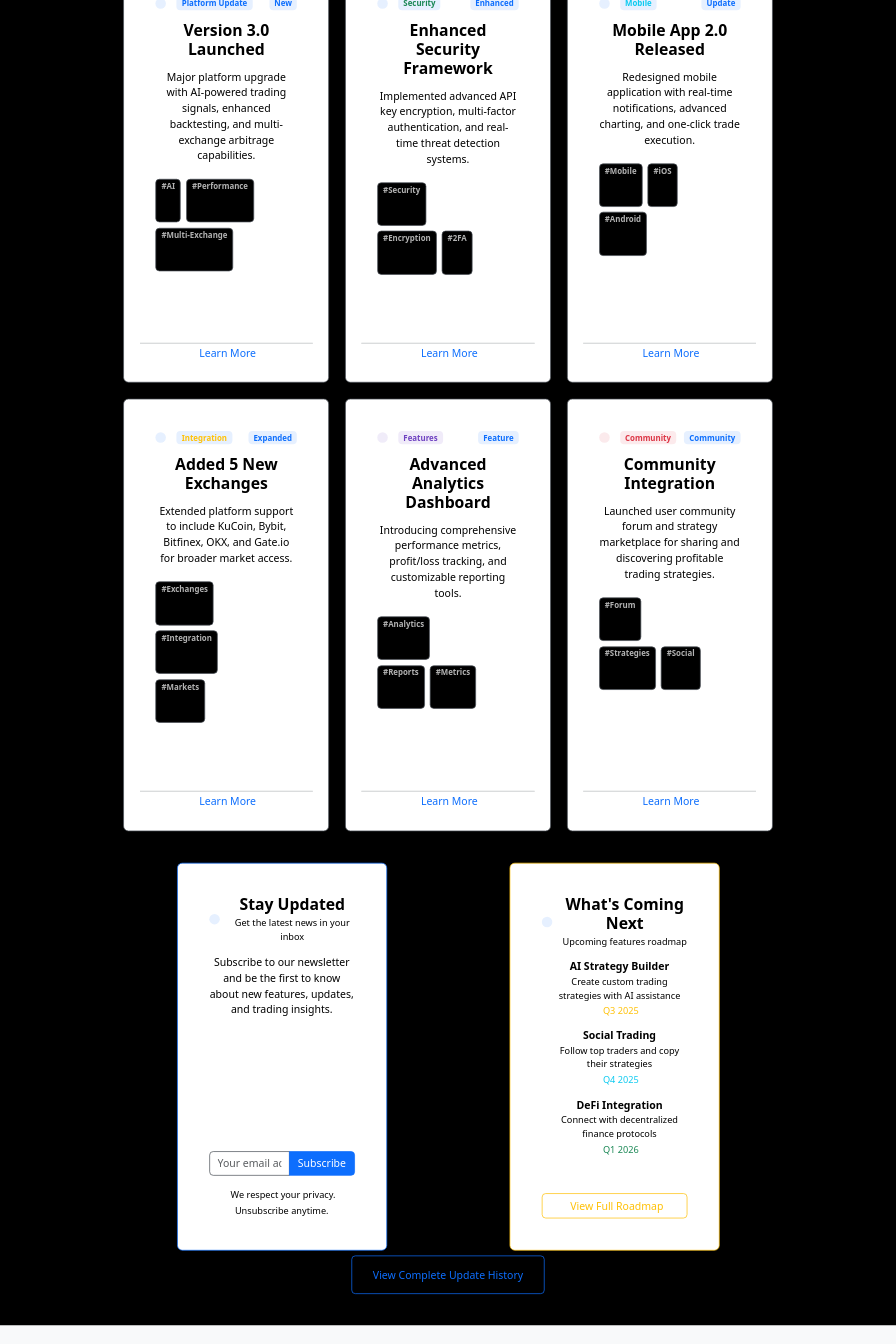
Repository: Kevin-Pro-Codes/halo-trading
Page: /
These files come from the project's save history. The page is drawn as it stood at one moment and after the next save; the edit follows.
The browser window is 1280 px wide. The pictures show the part of the page from y = 3631 to 5551 px (the page is 19810 px tall before and 19625 px after), at 70% of full size.
The page's requests for data from a server got no answer. The project was rebuilt for these pictures with package versions that can differ from the ones it lists, and the page was loaded fresh each time. Some packages were replaced by stand-ins written for this rebuild. No one was signed in, and anything a server would have sent is missing. Also part of the build but not shown: vite.config.js, src/styles/DocStyle.css, src/styles/PricingStyle.css.

Above is the page before, as saved 2025-12-09 19:14:00.

After the next save:
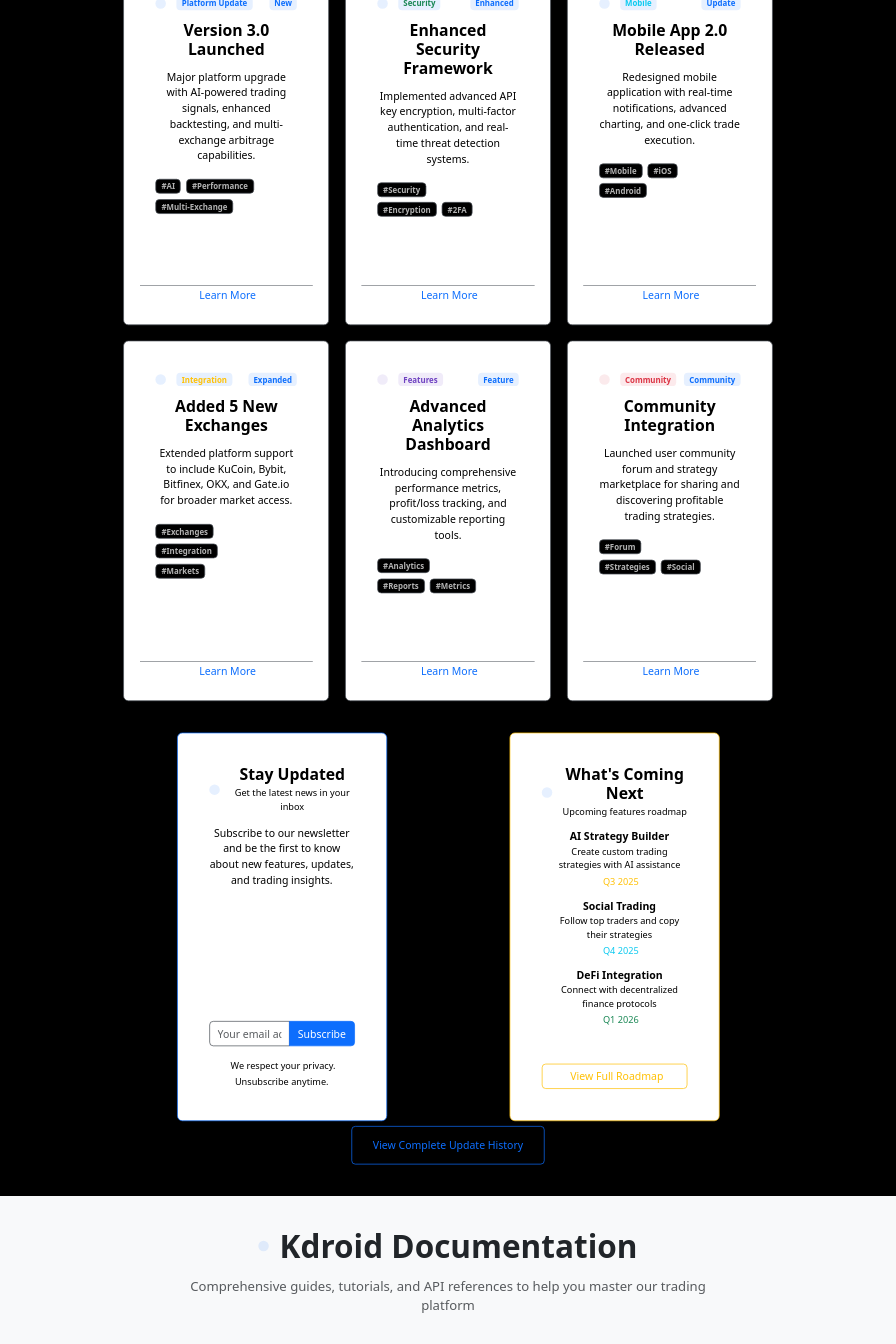
Saved 5 s later.
--- a/src/components/LatestSection.jsx
+++ b/src/components/LatestSection.jsx
@@ -176,7 +176,7 @@ const LatestSection = () => {
                       <div className="d-flex justify-content-between align-items-center mt-auto">
                         <div className="d-flex flex-wrap gap-2 pb-5">
                           {update.tags.map((tag, index) => (
-                            <span key={index} className="badge bg-dark border border-secondary text-white-50 small pb-5">
+                            <span key={index} className="badge bg-dark border border-secondary text-white-50 small pb-1">
                               #{tag}
                             </span>
                           ))}
